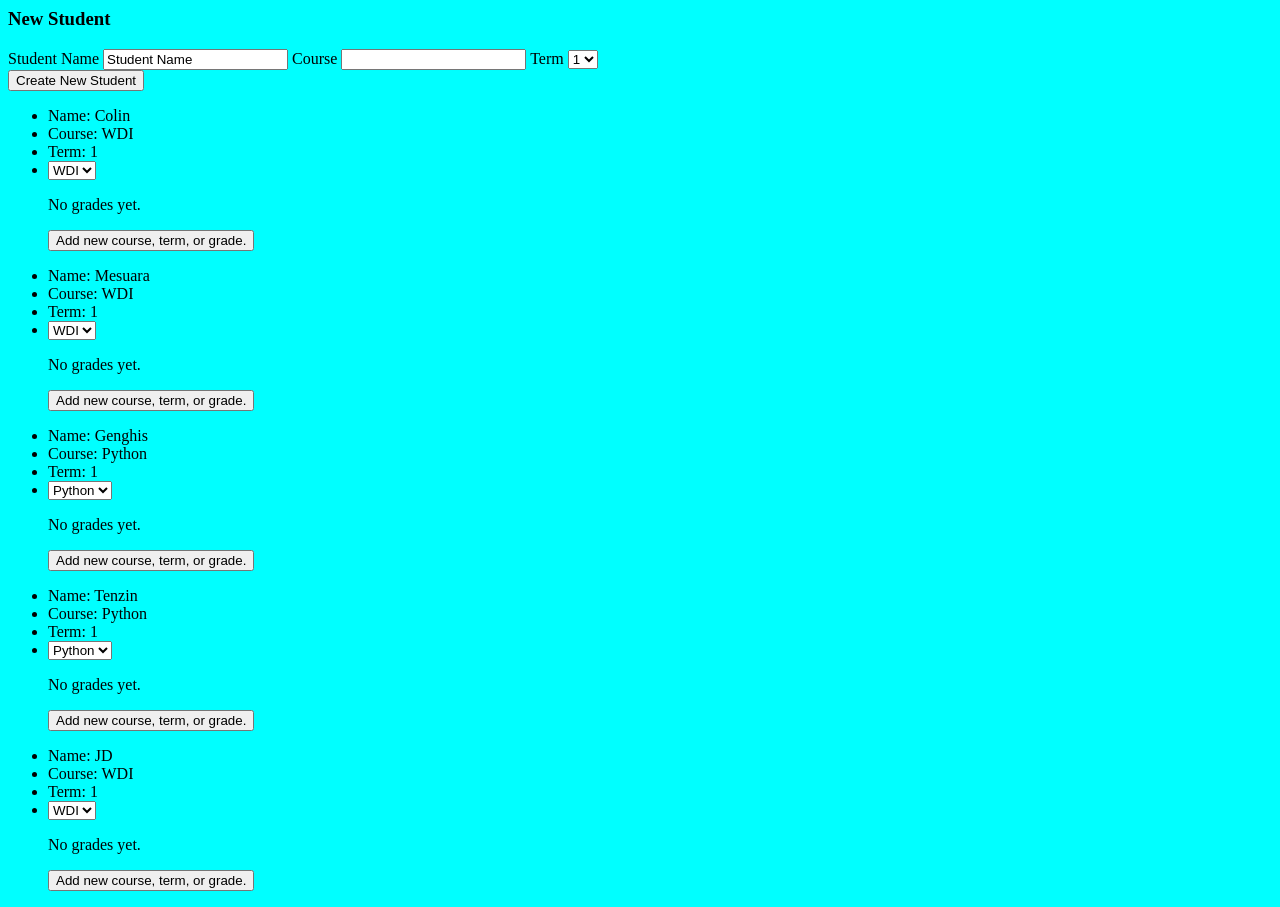
Repository: EdmontDantes/graderaide-ui
Page: index.html
An editor plug-in stored every save of this project. The page is shown before and after the next save, followed by the edit.
The browser window is 1280 px wide. The pictures show the whole page.

Above is the page before, as saved 2020-04-21 13:54:43.

After the next save:
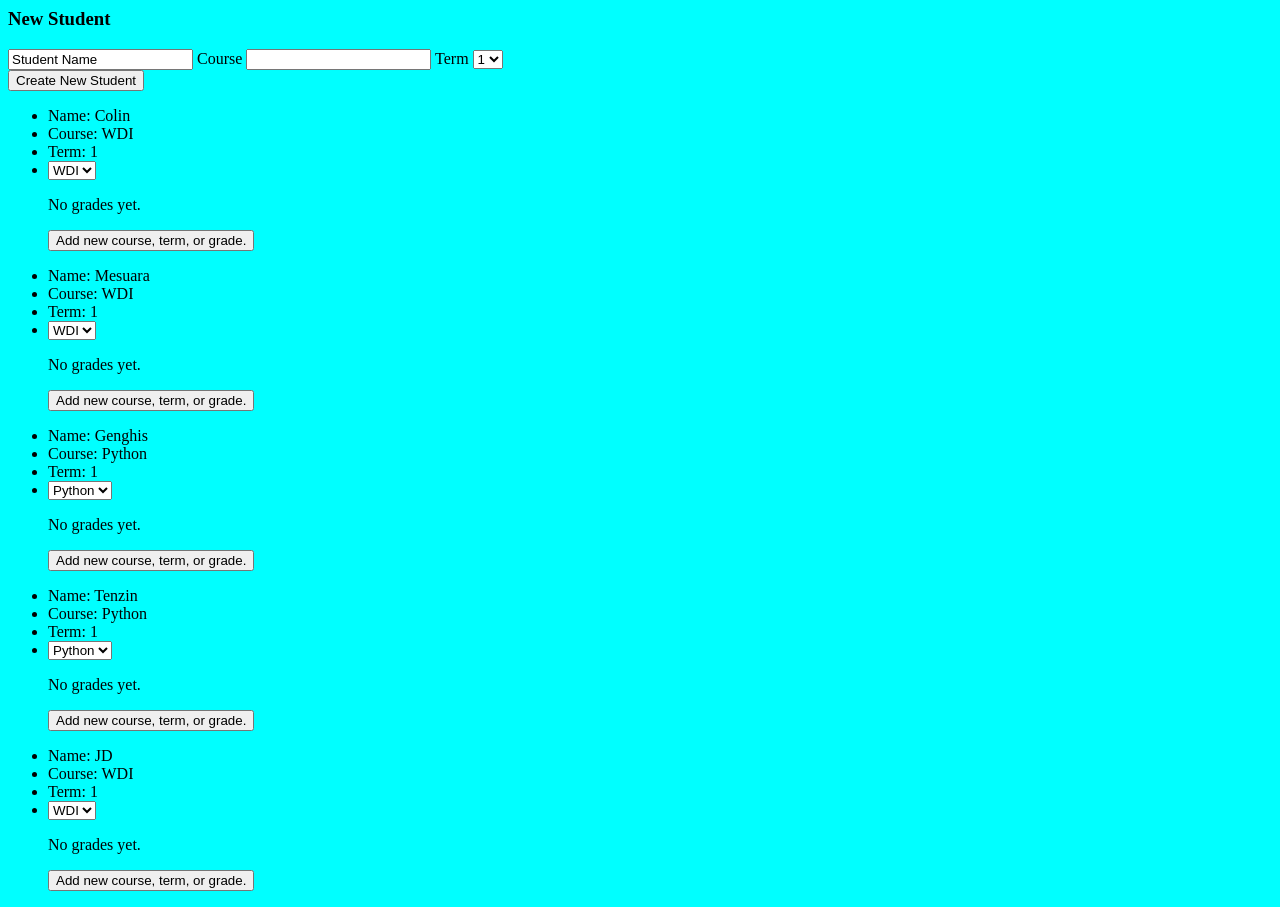
Saved 43 s later.
--- a/index.html
+++ b/index.html
@@ -10,7 +10,7 @@
     <section class="app">
       <section class="new-student-input">
         <h1>New Student</h1>
-        <label for="new-student-name">Student Name</label>
+        <!-- <label for="new-student-name">Student Name</label> -->
         <input type="text" class="new-student-name" name="new-student-name" value="Student Name">
         <label for="new-student-course">Course</label>
         <input type="text" class="new-student-course" name="new-student-course">
